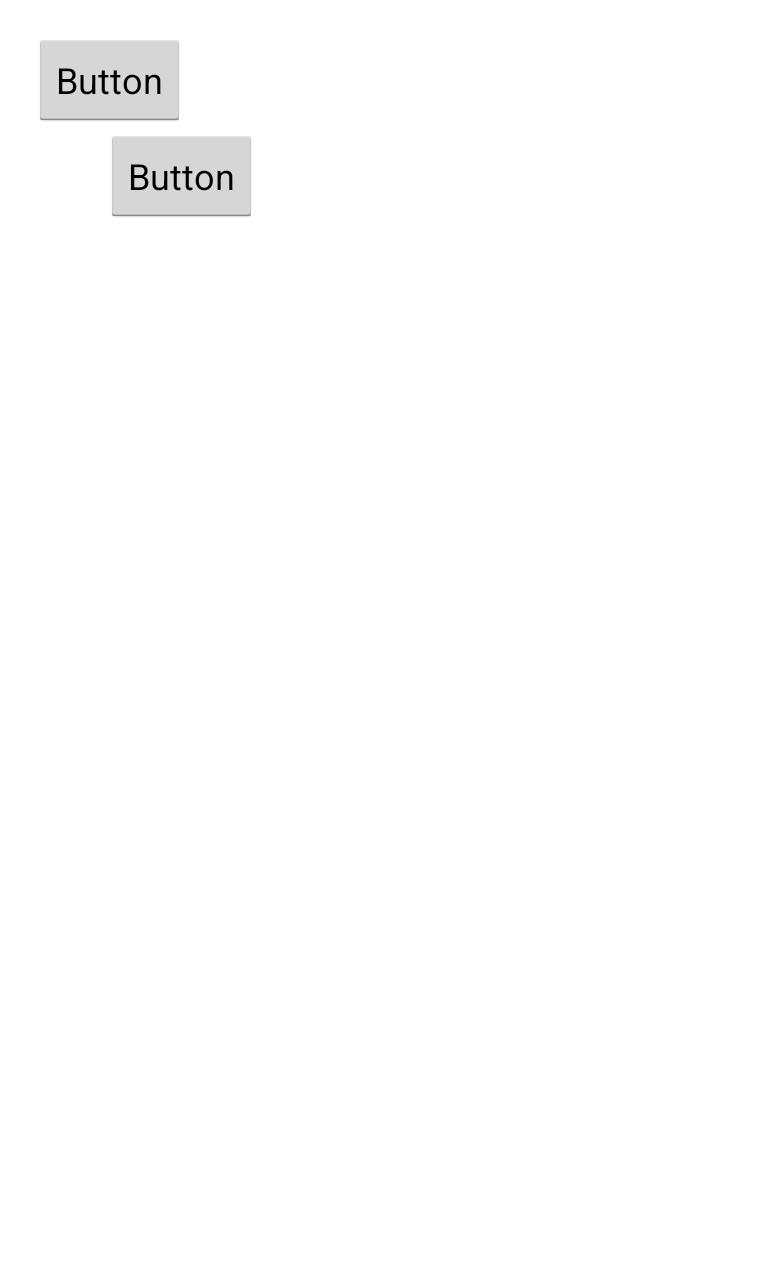
Repository: krishnaray/Android-Mithun
Layout: OrientationApp/res/layout/activity_main.xml
The author's editor kept a copy of each file at every save. The layout is drawn from the files as they stood at one save, then again after the next save.
It is drawn on a 768 x 1280 px phone screen (xhdpi) without system bars, with theme AppTheme; the app's code is not run.

Above is the layout before, as saved 2015-02-07 20:37:55.

### OrientationApp/res/layout/activity_main.xml
<RelativeLayout xmlns:android="http://schemas.android.com/apk/res/android"
    xmlns:tools="http://schemas.android.com/tools"
    android:layout_width="match_parent"
    android:layout_height="match_parent"
    android:paddingBottom="@dimen/activity_vertical_margin"
    android:paddingLeft="@dimen/activity_horizontal_margin"
    android:paddingRight="@dimen/activity_horizontal_margin"
    android:paddingTop="@dimen/activity_vertical_margin"
    tools:context="com.lict.orientationapp.MainActivity" >

    <LinearLayout
        android:id="@+id/linearLayout1"
        android:layout_width="match_parent"
        android:layout_height="wrap_content"
        android:orientation="vertical" >

        <Button
            android:id="@+id/button1"
            android:layout_width="wrap_content"
            android:layout_height="wrap_content"
            android:text="Button" />

        <Button
            android:id="@+id/button2"
            android:layout_width="wrap_content"
            android:layout_height="wrap_content"
            android:layout_marginLeft="36dp"
            android:text="Button" />

    </LinearLayout>

</RelativeLayout>

Loaded but not shown: OrientationApp/res/values/styles.xml (common file); OrientationApp/res/values-v11/styles.xml (common file); OrientationApp/res/values-v14/styles.xml (common file); OrientationApp/res/values/dimens.xml (common file); OrientationApp/res/values-w820dp/dimens.xml (common file)

After the next save:
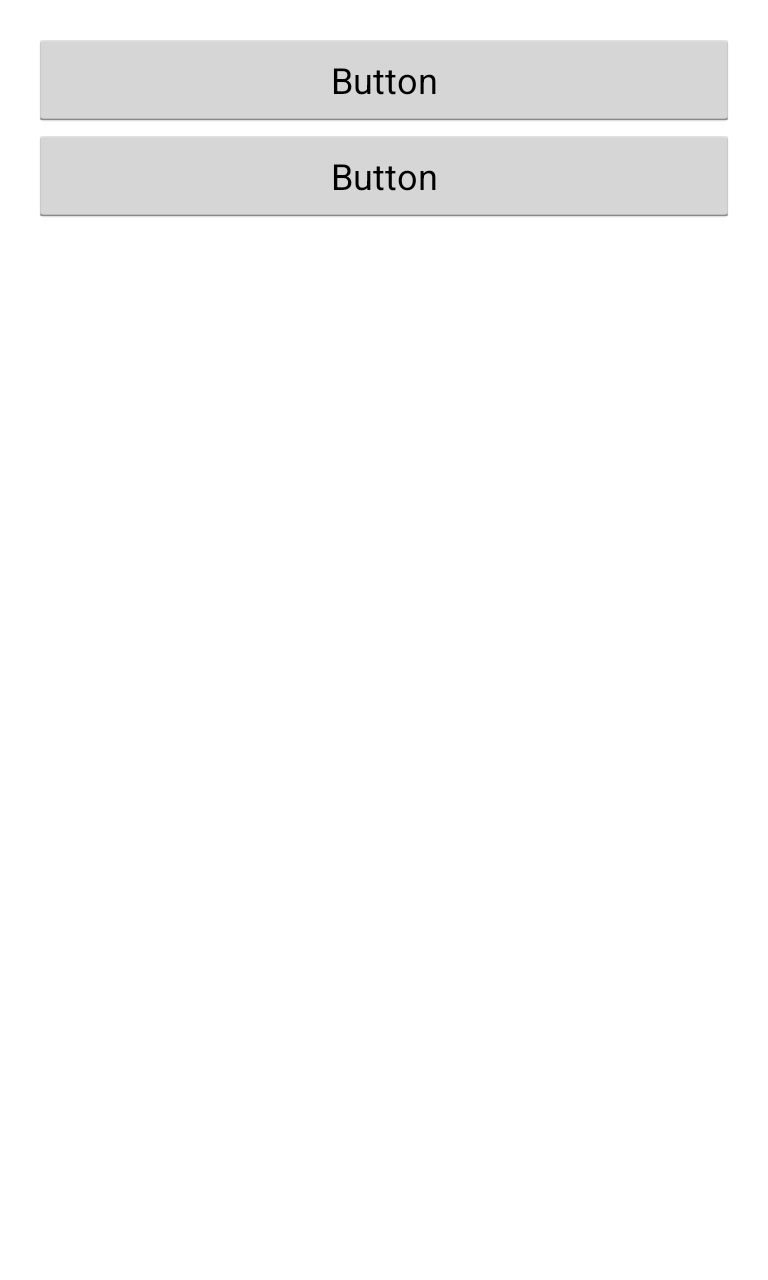
Saved 17 s later.
--- a/OrientationApp/res/layout/activity_main.xml
+++ b/OrientationApp/res/layout/activity_main.xml
@@ -16,15 +16,14 @@
 
         <Button
             android:id="@+id/button1"
-            android:layout_width="wrap_content"
+            android:layout_width="match_parent"
             android:layout_height="wrap_content"
             android:text="Button" />
 
         <Button
             android:id="@+id/button2"
-            android:layout_width="wrap_content"
+            android:layout_width="match_parent"
             android:layout_height="wrap_content"
-            android:layout_marginLeft="36dp"
             android:text="Button" />
 
     </LinearLayout>
